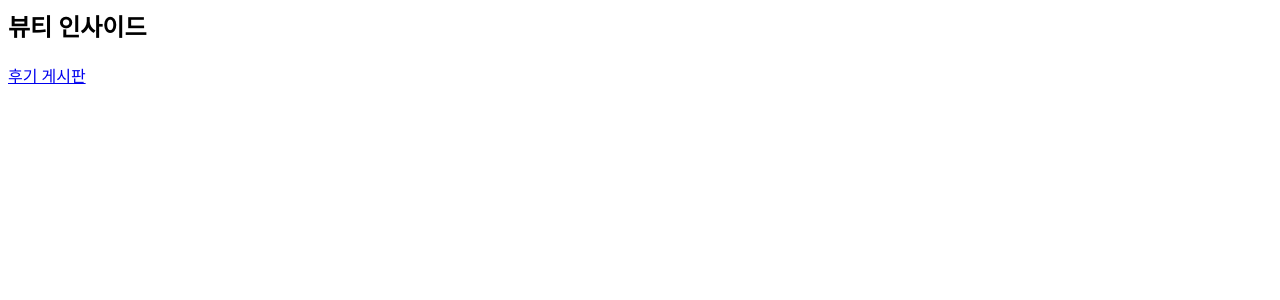
Repository: rainismsky/kh_spring_workspace
Page: http://localhost/BeautyInside/
An editor plug-in stored every save of this project. The page is shown before and after the next save, followed by the edit.
The browser window is 1280 px wide. The pictures show the whole page.
The page is served by Tomcat 9. Other server files are loaded and not shown.

Above is the page before, as saved 2018-10-23 02:14:20.

### love_H.J/BeautyInside/src/main/webapp/index.jsp
<%@ page contentType="text/html; charset=UTF-8" %>

<html>
<body>

<h2>뷰티 인사이드</h2>

<a href="Review/list.Review">후기 게시판</a>
</body>
</html>

After the next save:
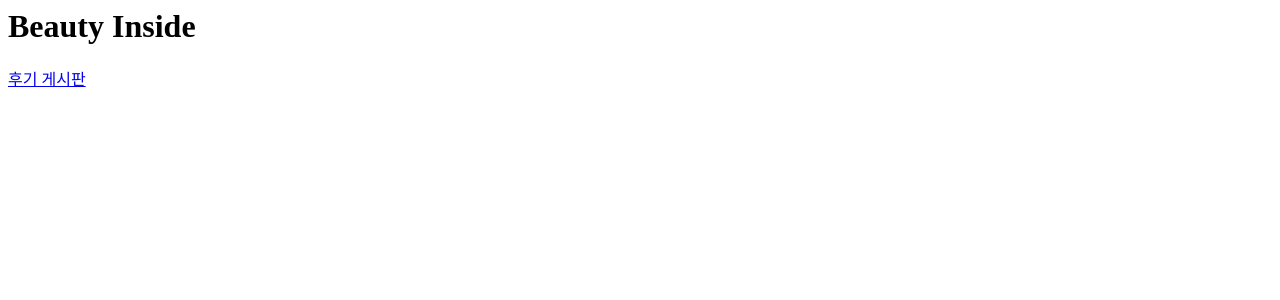
Saved 41 s later.
--- a/love_H.J/BeautyInside/src/main/webapp/index.jsp
+++ b/love_H.J/BeautyInside/src/main/webapp/index.jsp
@@ -3,7 +3,7 @@
 <html>
 <body>
 
-<h2>뷰티 인사이드</h2>
+<h1>Beauty Inside</h1>
 
 <a href="Review/list.Review">후기 게시판</a>
 </body>
